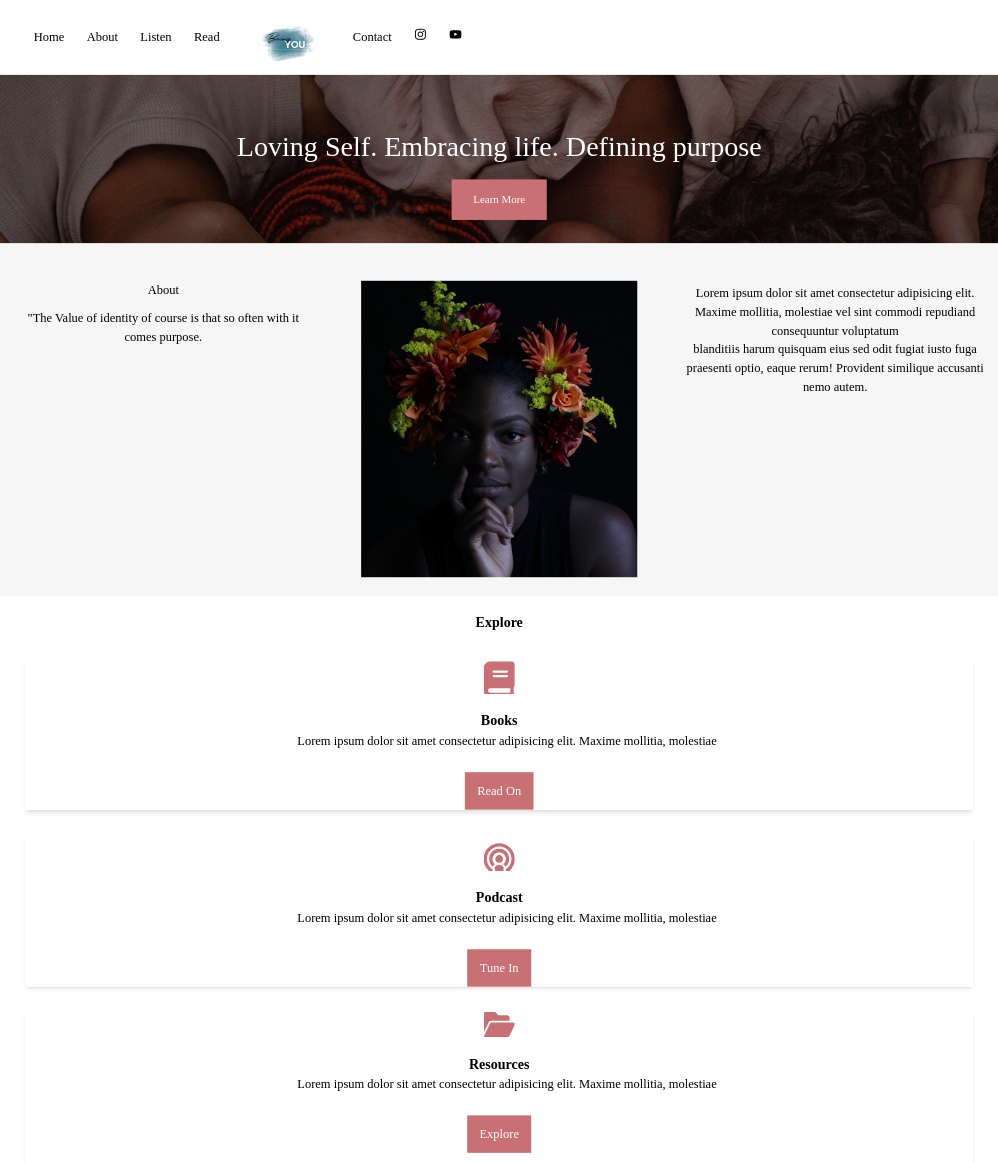
Repository: BrightonMboya/being-you
Page: /
The author's editor kept a copy of each file at every save. The page is drawn from the files as they stood at one save, then again after the next save.
The browser window is 1280 px wide. The pictures show the whole page, at 78% of full size.
The project was rebuilt for these pictures with package versions that can differ from the ones it lists, and the page was loaded fresh each time.

Above is the page before, as saved 2022-05-28 17:06:00.

After the next save:
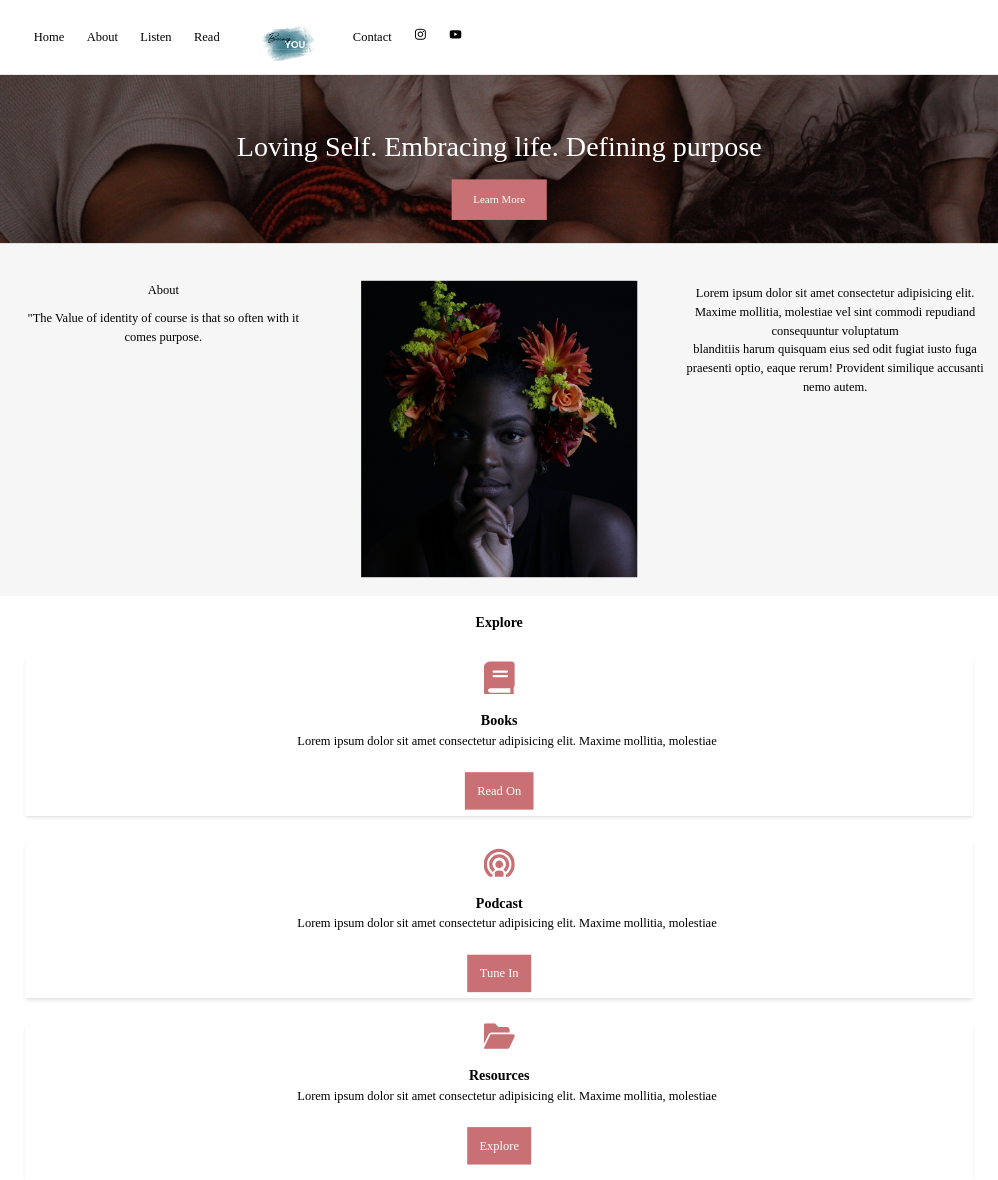
Saved 5 s later.
--- a/src/Components/Podcast/ExploreCard.jsx
+++ b/src/Components/Podcast/ExploreCard.jsx
@@ -3,7 +3,7 @@ import React from "react";
 const ExploreCard = (props) => {
   return (
     <div className="mt-8">
-      <div className="flex flex-col items-center shadow-md h-[27vh]">
+      <div className="flex flex-col items-center shadow-md h-[28vh]">
         <img src={props.image} alt="" />
         <h3 className="mt-5 font-semibold text-lg">{props.title}</h3>
         <p className="ml-5">{props.description}</p>
